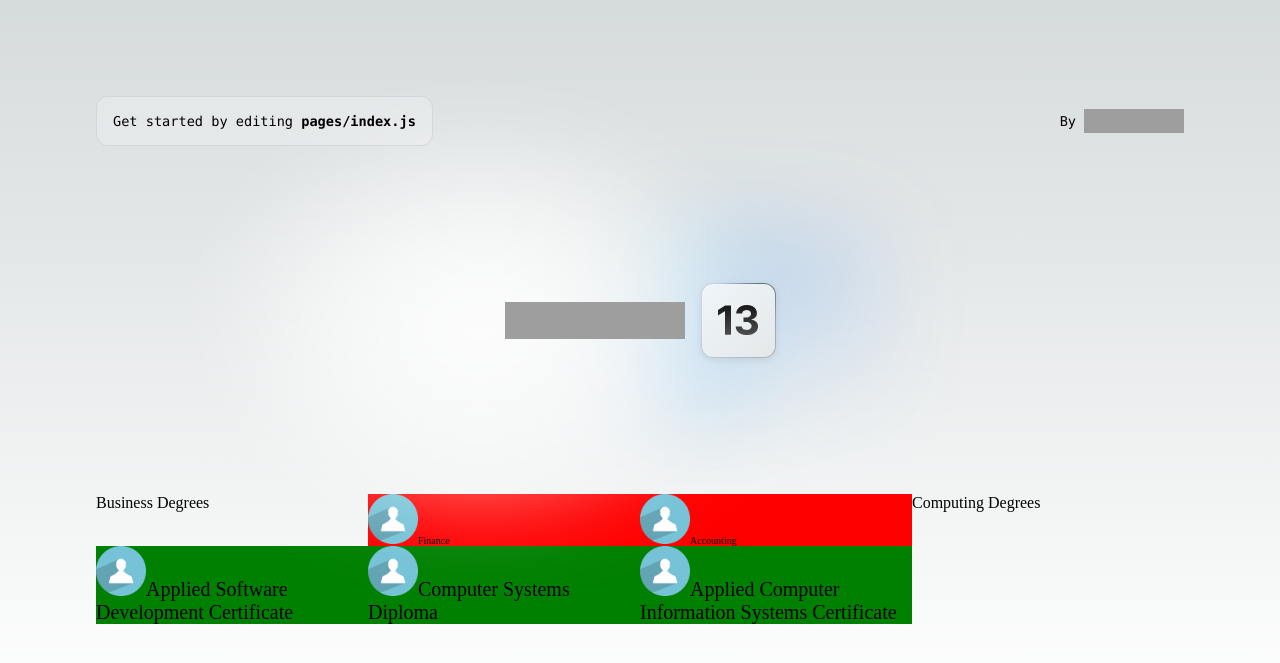
Repository: TeoEstrada9/Week-3-example
Page: /
These files come from the project's save history. The page is drawn as it stood at one moment and after the next save; the edit follows.
The browser window is 1280 px wide. The pictures show the whole page.
Pictures or frames that could not be fetched are drawn as grey boxes. The project was rebuilt for these pictures with package versions that can differ from the ones it lists, and the page was loaded fresh each time. The framework's server and built-in components were replaced by stand-ins that run in the browser. Also part of the build but not shown: next.config.js.

Above is the page before, as saved 2023-01-16 11:28:01.

### pages/index.js
import Head from 'next/head'
import Image from 'next/image'
import { Inter } from '@next/font/google'
import styles from '@/styles/Home.module.css'
import data from '../Data/education.json'
import { useState } from 'react'
import Card from '../Components/Card'

const inter = Inter({ subsets: ['latin'] })

export default function Home() {

  console.log(data);
  const [information, setInformation] = useState([...data])



  return (
    <>
      <Head>
        <title>Create Next App</title>
        <meta name="description" content="Generated by create next app" />
        <meta name="viewport" content="width=device-width, initial-scale=1" />
        <link rel="icon" href="/favicon.ico" />
      </Head>
      <main className={styles.main}>
        <div className={styles.description}>
          <p>
            Get started by editing&nbsp;
            <code className={styles.code}>pages/index.js</code>
          </p>
          <div>
            <a
              href="https://vercel.com?utm_source=create-next-app&utm_medium=default-template&utm_campaign=create-next-app"
              target="_blank"
              rel="noopener noreferrer"
            >
              By{' '}
              <Image
                src="/vercel.svg"
                alt="Vercel Logo"
                className={styles.vercelLogo}
                width={100}
                height={24}
                priority
              />
            </a>
          </div>
        </div>

        <div className={styles.center}>
          <Image
            className={styles.logo}
            src="/next.svg"
            alt="Next.js Logo"
            width={180}
            height={37}
            priority
          />
          <div className={styles.thirteen}>
            <Image
              src="/thirteen.svg"
              alt="13"
              width={40}
              height={31}
              priority
            />
          </div>
        </div>

        <div className={styles.grid}>
          <div>Business Degrees</div>
          {information && information.map((info, index) => {
            if(info.department === "Business")
            return(
              <Card key={index} degree={info.degree} colour="red" font="10px"/>
            )

          })}

        <div>Computing Degrees</div>
          {information && information.map((info, index) => {
            if(info.department === "Computing")
            return(
              <Card key={index} degree={info.degree} colour="green" font="20px"/>
            )

          })}

        </div>
      </main>
    </>
  )
}

### Data/education.json
[
        {
            "studentNumber": "A0004567",
            "firstName": "Person 1",
            "gpa": 3.8,
            "department": "Business",
            "degree": "Finance",
            "graduted": 2014
        },
        {
            "studentNumber": "A0001234",
            "firstName": "Person 2",
            "gpa": 3.5,
            "department": "Business",
            "degree": "Accounting",
            "graduted": 2010
        },
        {
            "studentNumber": "A0007890",
            "firstName": "Person 3",
            "gpa": 3.2,
            "department": "Computing",
            "degree": "Applied Software Development Certificate",
            "graduted": 2018
        },
        {
            "studentNumber": "A0007828",
            "firstName": "Person 4",
            "gpa": 3.9,
            "department": "Computing",
            "degree": "Computer Systems Diploma",
            "graduted": 2021
        },
        {
            "studentNumber": "A0003425",
            "firstName": "Person 5",
            "gpa": 3.2,
            "department": "Computing",
            "degree": "Applied Computer Information Systems Certificate",
            "graduted": 2021
        }
]

### Components/Card/index.js
export default function Card({
    degree = "none",
    colour = "purple",
    font = "0",
    image = "icon/personTwo.png"
}) {
    return (
        <div style={{backgroundColor: colour, fontSize: font}}>
            {
                colour === "red" ? <img src={'icon/person.png'}width="50"/> :
                colour === "blue" ? <img src={'icon/personThree.png'}width="50"/> :
                                    <img src={'icon/person.png'}width="50"/>
            }
            {degree}

        </div>
    )
}

Loaded but not shown: pages/_app.js (common file); pages/_document.js (common file); styles/globals.css (common file); styles/Home.module.css (common file)

After the next save:
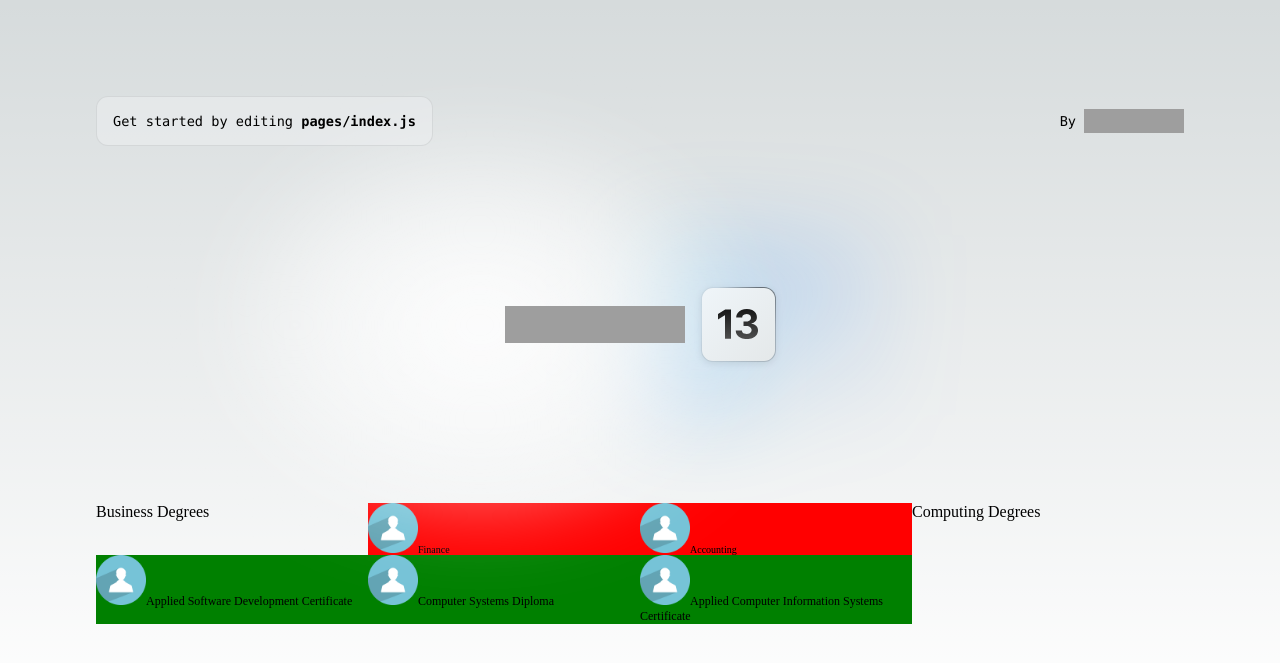
Saved 18 s later.
--- a/pages/index.js
+++ b/pages/index.js
@@ -82,7 +82,7 @@ export default function Home() {
           {information && information.map((info, index) => {
             if(info.department === "Computing")
             return(
-              <Card key={index} degree={info.degree} colour="green" font="20px"/>
+              <Card key={index} degree={info.degree} colour="green" font="12px"/>
             )
 
           })}
